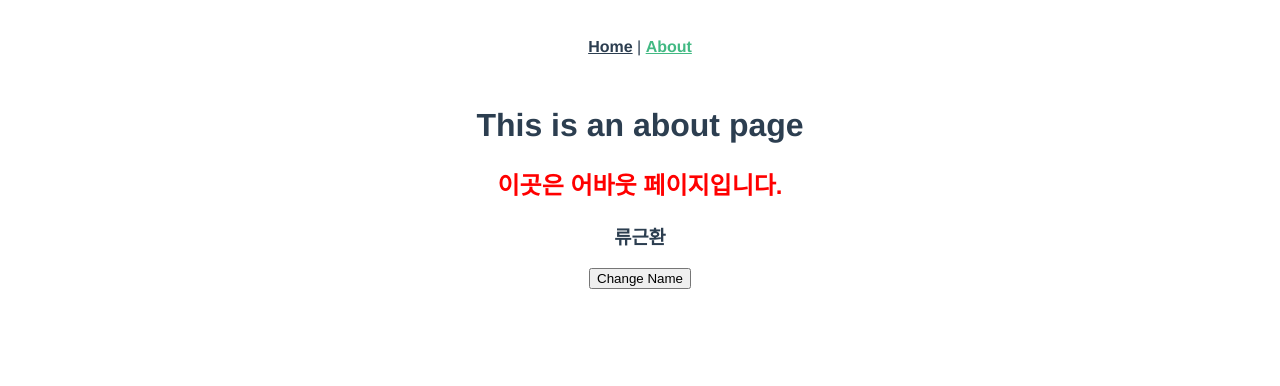
Repository: RyuGeunHwan/code_J
Page: /about (app in vue-emit/)
The author's editor kept a copy of each file at every save. The page is drawn from the files as they stood at one save, then again after the next save.
The browser window is 1280 px wide. The pictures show the whole page.
The project was rebuilt for these pictures with package versions that can differ from the ones it lists, and the page was loaded fresh each time. Also part of the build but not shown: vue-emit/src/components/InputField.vue, vue-emit/src/views/Home.vue.

Above is the page before, as saved 2022-08-12 14:34:50.

After the next save:
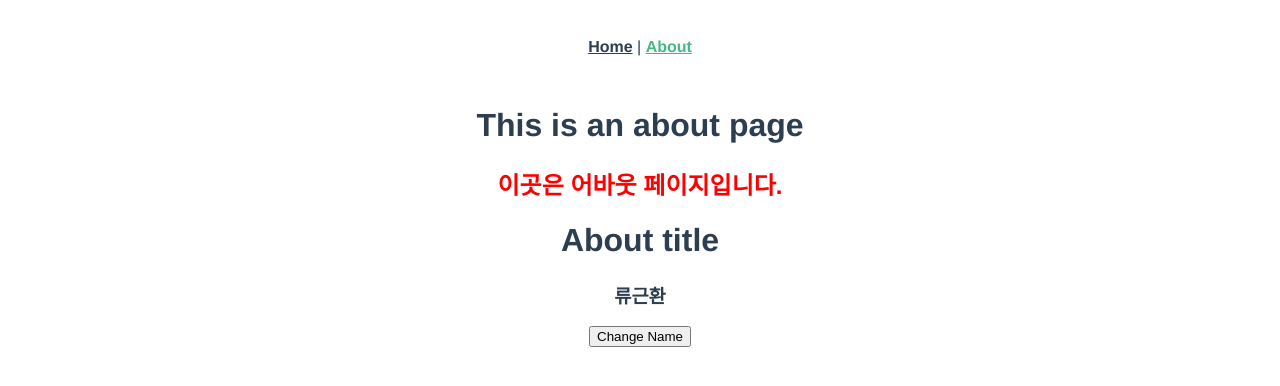
Saved 20 s later.
--- a/vue-emit/src/components/KossieCoder.vue
+++ b/vue-emit/src/components/KossieCoder.vue
@@ -10,16 +10,16 @@
 <script>
 export default {
     props: {
-        titlezz: {
+        title: {
             type : String,
-            required : false ,
+            required : true ,
             //required = 무조건 항상 보내줘야한다는것
             default: 'default title'
             //default : 자식컴포넌트에서 props를 받아오지 않아도 default로 보여줌.
         },
         name: {
             type : String,
-            required : false,
+            required : true,
             //required = 무조건 항상 보내줘야한다는것
             default: 'Ryu geun hwan'
             //default : 자식컴포넌트에서 props를 받아오지 않아도 default로 보여줌.
